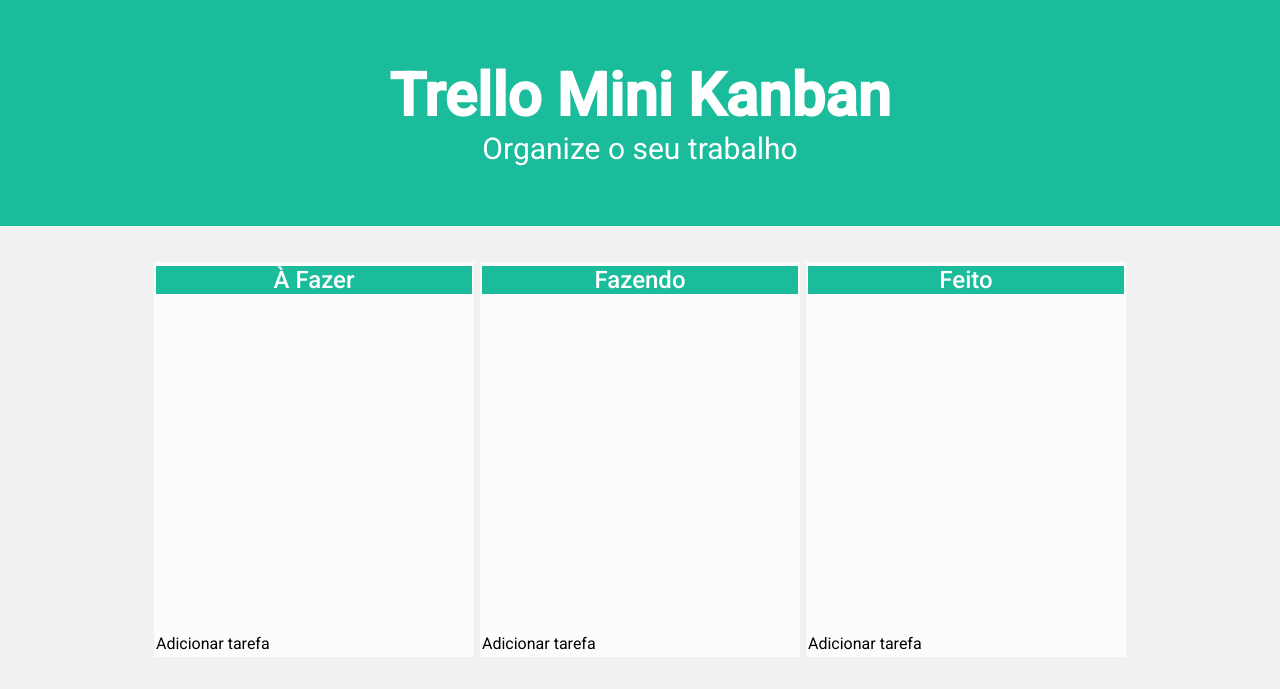
Repository: douglasabnovato/byteclass
Page: trello-mini-kanban/index.html
These files come from the project's save history. The page is drawn as it stood at one moment and after the next save; the edit follows.
The browser window is 1280 px wide. The pictures show the whole page.

Above is the page before, as saved 2025-07-31 21:21:39.

After the next save:
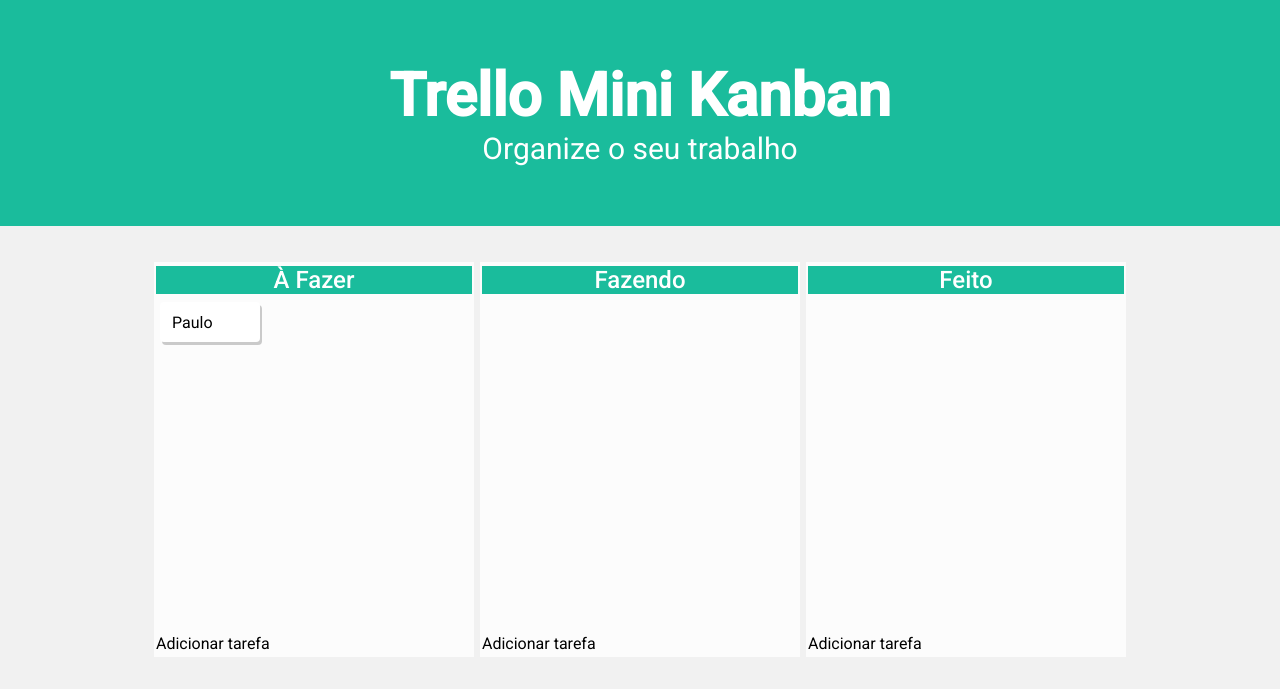
Saved 25 s later.
--- a/trello-mini-kanban/index.html
+++ b/trello-mini-kanban/index.html
@@ -27,7 +27,9 @@
             class="todo-list"
             ondrop="drop(event, this.id)"
             ondragover="over(event)"
-          ></ul>
+          >
+            <li>Paulo </li>
+          </ul>
           <div class="add-card" onclick="addCard(this)">
             <p>Adicionar tarefa</p>
           </div>
